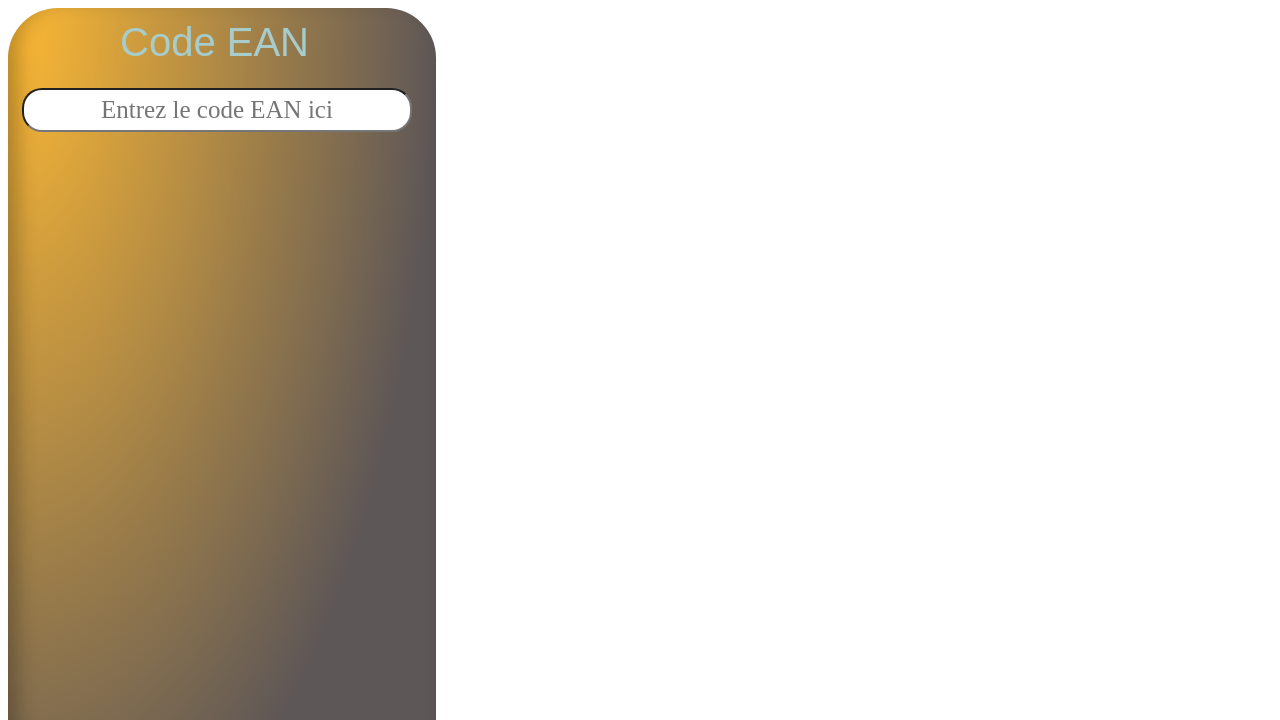
Repository: Zouz01/exo-toucan
Page: index.html
An editor plug-in stored every save of this project. The page is shown before and after the next save, followed by the edit.
The browser window is 1280 px wide. The pictures show the whole page.

Above is the page before, as saved 2023-09-21 12:27:07.

After the next save:
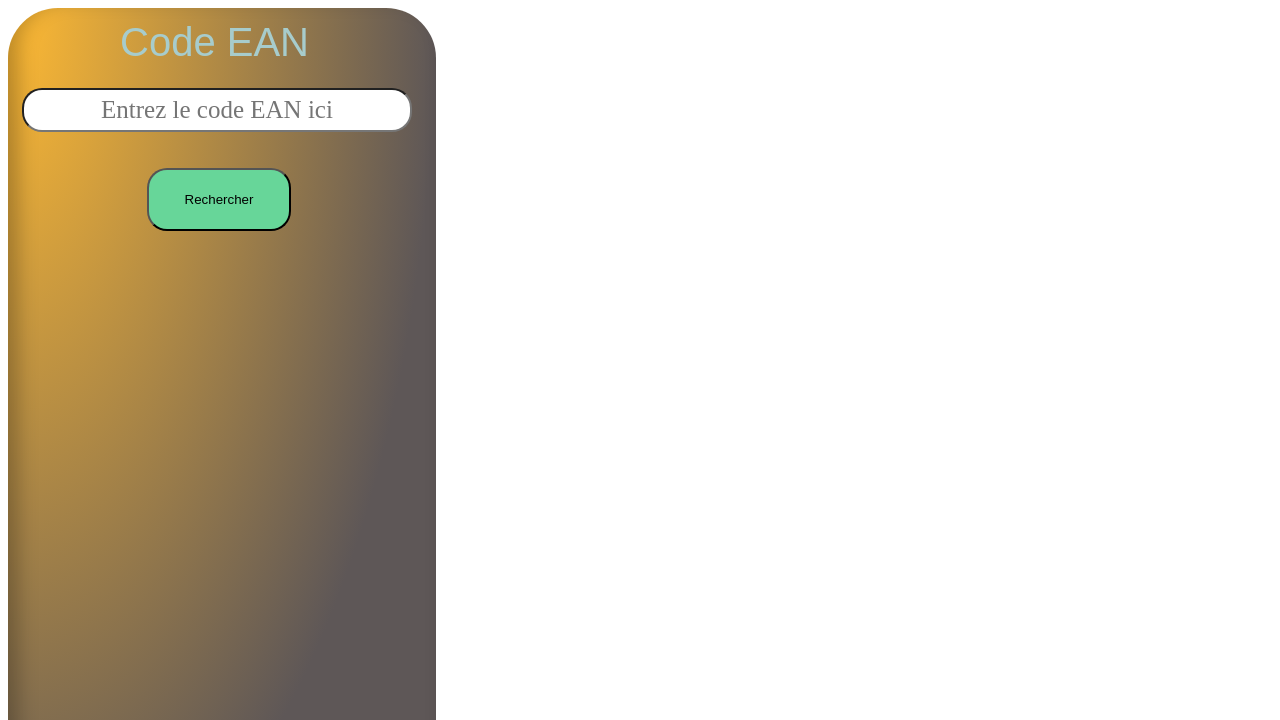
Saved 13 s later.
--- a/main.css
+++ b/main.css
@@ -81,9 +81,9 @@ button[type="submit"] {
     width: 144px;
     height: 63px;
   background-color: #67d699;
-    bottom: 10px;
+    top: 160px;
     border-radius: 20px;
-    right: 345px;
+    right: 145px;
 
 
 
